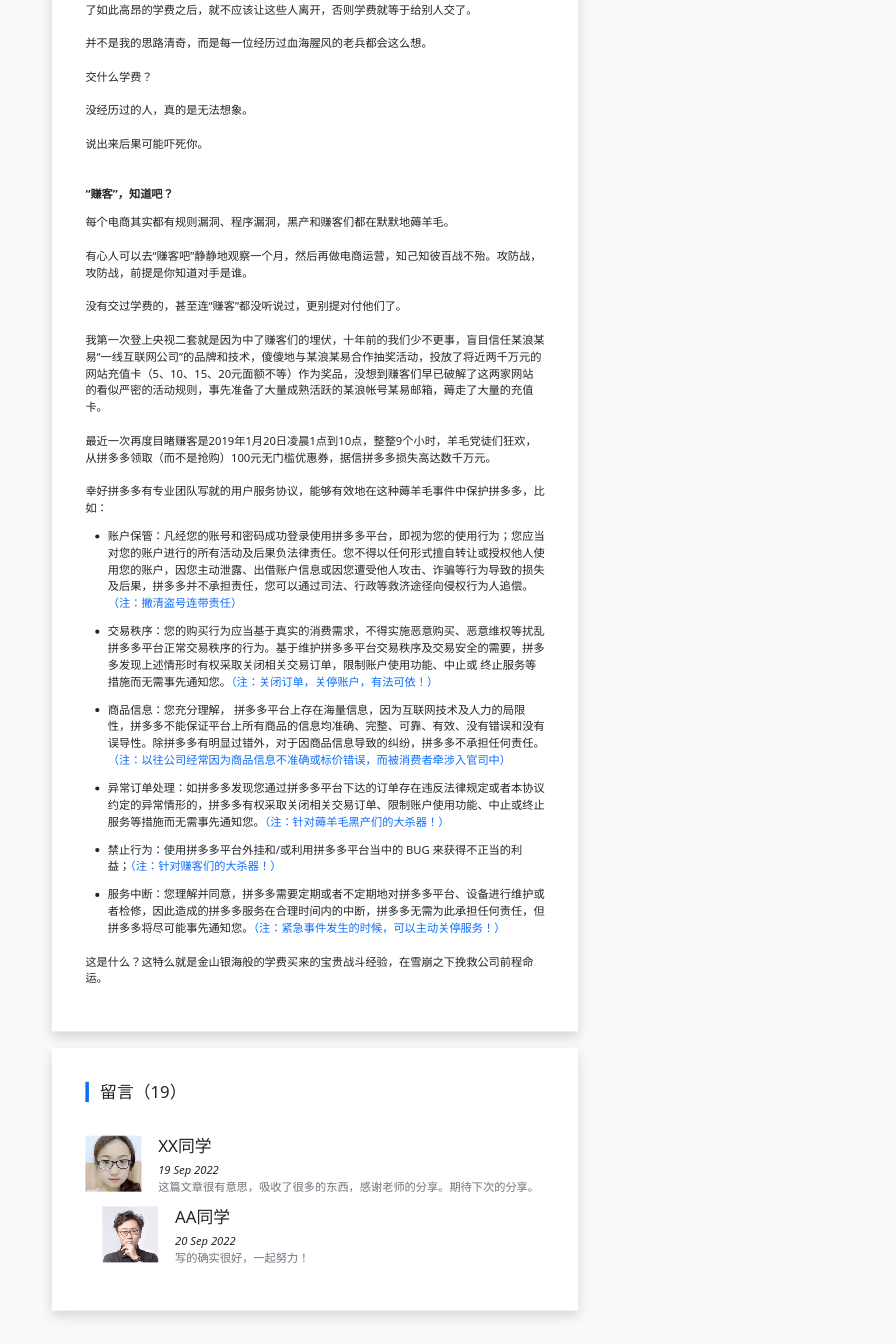
Repository: herjuandlonely/github.io
Page: index-blog.html
An editor plug-in stored every save of this project. The page is shown before and after the next save, followed by the edit.
The browser window is 1280 px wide. The pictures show the part of the page from y = 1349 to 3269 px (the page is 3269 px tall before and 3245 px after), at 70% of full size.
Backgrounds fixed to the window are drawn as part of the page.

Above is the page before, as saved 2022-07-01 15:24:20.

After the next save:
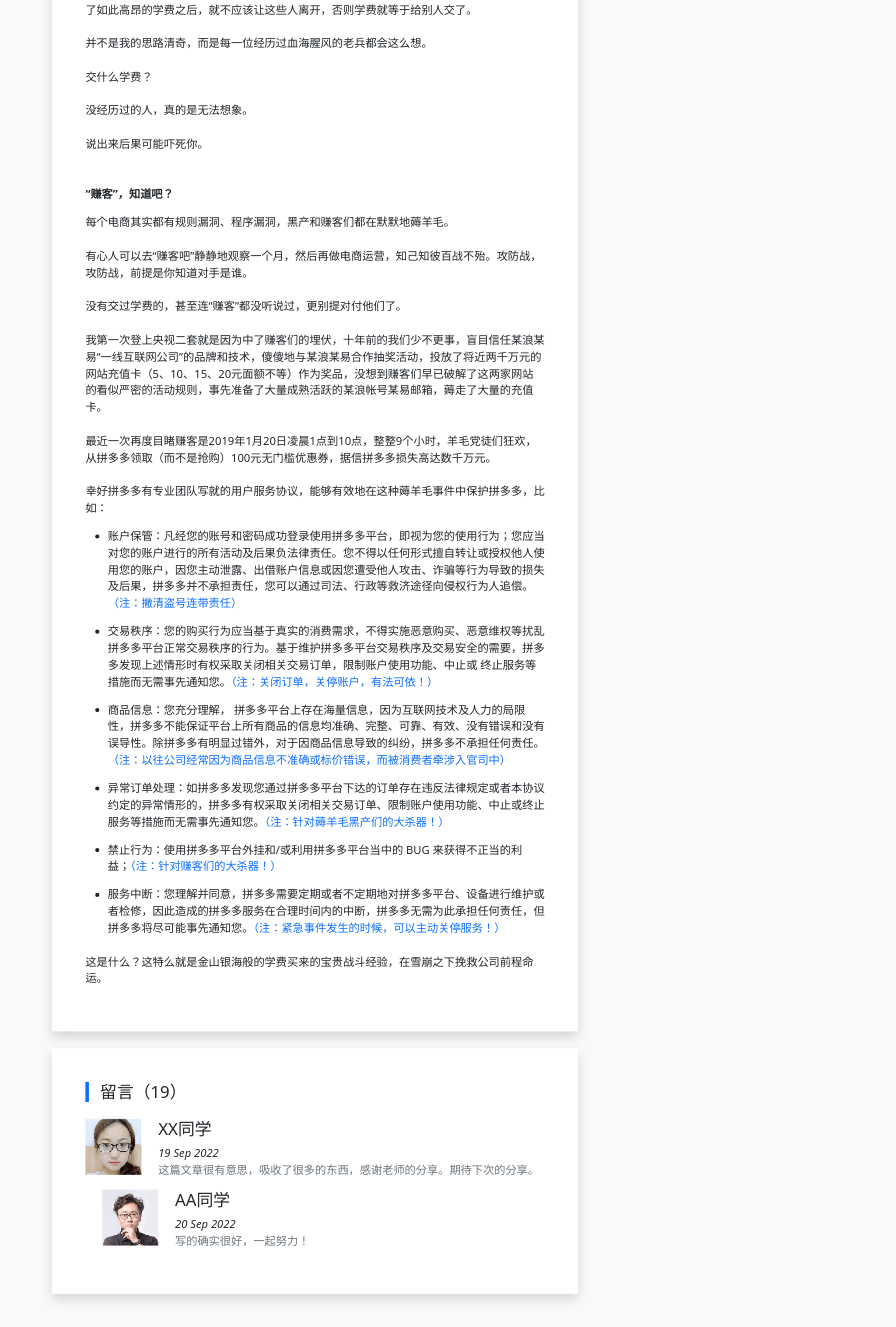
Saved 6 s later.
--- a/index-blog.html
+++ b/index-blog.html
@@ -142,7 +142,7 @@
                 <!-- 评论 -->
                 <div class="shadow bg-white p-5">
                     <h4 class=" border-start border-5 border-primary ps-3">留言（19）</h4>
-                    <div class="d-flex mt-5">
+                    <div class="d-flex mt-4">
                         <img src="./image/zm.gif" style="height: 80px;" />
                         <div class="ms-4 w-auto">
                             <h4>XX同学</h4>
